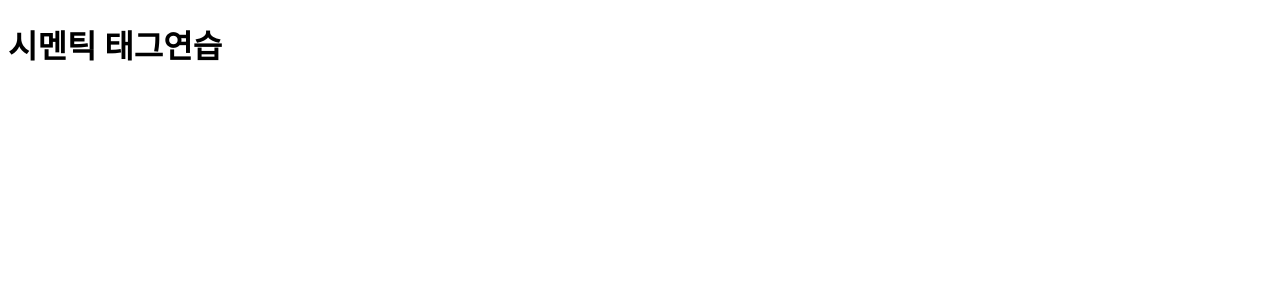
Repository: blinggg/html_git
Page: 0406/ex0406/WebContent/ex06.html
These files come from the project's save history. The page is drawn as it stood at one moment and after the next save; the edit follows.
The browser window is 1280 px wide. The pictures show the whole page.

Above is the page before, as saved 2020-04-06 06:42:57.

### 0406/ex0406/WebContent/ex06.html
<!DOCTYPE html>
<html>
<head>
<meta charset="UTF-8">
<title>시멘틱 태그 연습</title>
</head>
<body>
	<header>
		<h1>시멘틱 태그연습</h1>
		<hr1>
	</header>

	<nav>
	</nav>

	<section>
	</section>


</body>
</html>

After the next save:
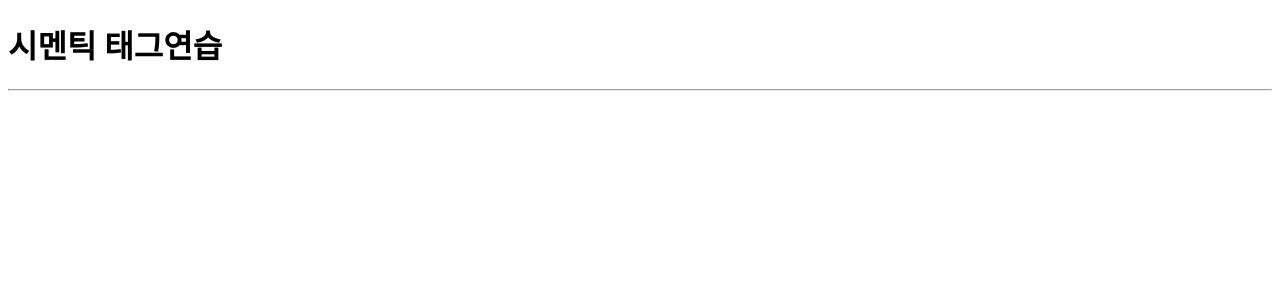
Saved 49 s later.
--- a/0406/ex0406/WebContent/ex06.html
+++ b/0406/ex0406/WebContent/ex06.html
@@ -7,7 +7,7 @@
 <body>
 	<header>
 		<h1>시멘틱 태그연습</h1>
-		<hr1>
+		<hr/>
 	</header>
 
 	<nav>
@@ -16,6 +16,9 @@
 	<section>
 	</section>
 
+	<footer>
+		<h3 작성자:ICIA 교육원 홍길동</h3>
 
+	</footer>
 </body>
 </html>
